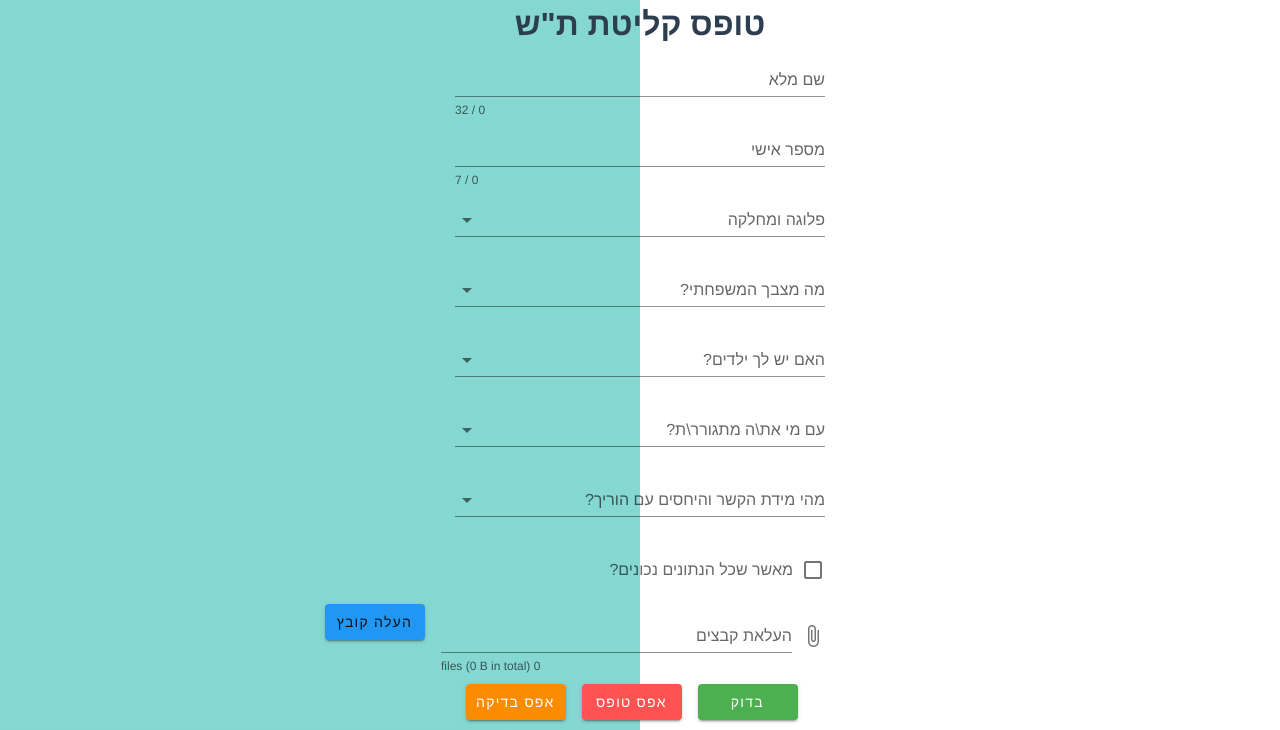
Repository: Natanhel/klitat-tash
Page: /
An editor plug-in stored every save of this project. The page is shown before and after a run of saves, followed by the edit.
The browser window is 1280 px wide. The pictures show the whole page.
The page's requests for data from a server got no answer. The project was rebuilt for these pictures with package versions that can differ from the ones it lists, and the page was loaded fresh each time. No one was signed in, and anything a server would have sent is missing. Also part of the build but not shown: vue.config.js.

Above is the page before, as saved 2020-12-01 18:09:54.

### src/App.vue
<template>
  <div id="app">
    <v-app>

      <h1>טופס קליטת ת"ש</h1>

      <v-form
        ref="form"
        v-model="valid"
        lazy-validation
      >
        <v-text-field
          v-model="name"
          :counter="32"
          :rules="nameRules"
          label="שם מלא"
          required
        ></v-text-field>

        <v-text-field
          v-model="pernr"
          :counter="7"
          :rules="pernrRules"
          label="מספר אישי"
          required
        ></v-text-field>

        <v-select
          v-model="select"
          :items="items"
          :rules="[v => !!v || 'נדרש להזין פלוגה ומחלקה']"
          label="פלוגה ומחלקה"
          required
        ></v-select>

        <v-select
          v-model="select"
          :items="familyItems"
          :rules="[v => !!v || 'נדרש להזין מצב משפחתי']"
          label="מה מצבך המשפחתי?"
          required
        ></v-select>

        <v-select
          v-model="select"
          :items="haveKidsItems"
          :rules="[v => !!v || 'נדרש להזין']"
          label="האם יש לך ילדים?"
          required
        ></v-select>

        <v-select
          v-model="select"
          :items="livingWithItems"
          :rules="[v => !!v || 'נדרש להזין']"
          label="עם מי את\ה מתגורר\ת?"
          required
        ></v-select>

        <v-select
          v-model="select"
          :items="parentsStatusItems"
          :rules="[v => !!v || 'נדרש להזין']"
          label="מהי מידת הקשר והיחסים עם הוריך?"
          required
        ></v-select>

        <v-checkbox
          v-model="checkbox"
          :rules="[v => !!v || 'עליך לאשר על מנת להמשיך!']"
          label="מאשר שכל הנתונים נכונים?"
          required
        ></v-checkbox>

      <div class="upload">

        <v-file-input v-model="files" show-size counter  chips label="העלאת קבצים"></v-file-input>

        <v-btn
          color="blue"
          class="mr-4"
          @click="uploadFile"
        >
          העלה קובץ
        </v-btn>
      </div>
      <div class="btn-group">
        <v-btn
          :disabled="!valid"
          color="success"
          class="mr-4"
          @click="validate"
        >
          בדוק
        </v-btn>

        <v-btn
          color="error"
          class="mr-4"
          @click="reset"
        >
          אפס טופס
        </v-btn>

        <v-btn
          color="warning"
          class="mr-4"
          @click="resetValidation"
        >
          אפס בדיקה
        </v-btn>
      </div>

      </v-form>
    </v-app>
  </div>
</template>

<script>
import axios from 'axios';

export default {
  name: 'App',
  mounted(){
    // login
    const data = JSON.stringify({"password":"passward","email":"natanhelp@gmail.com"});

    const config = {
      method: 'post',
      url: 'https://nat-task-manager.herokuapp.com/users/login',
      headers: {
        'Content-Type': 'application/json'
      },
      data : data
    };

    axios(config)
      .then((response) => {
        this.userToken = response.data.token
      })
      .catch((error) => {
        console.log(error);
      })
  },

  data: () => ({
    userToken: '',
    files: null,
    valid: true,
    name: '',
    nameRules: [
      v => !!v || 'נדרש להזין שם',
      v => !(v && v.length <= 4) || 'על השם להיות ארוך מ-4 תווים',
    ],
    pernr: '',
    pernrRules: [
      v => !!v || 'נדרש להזין מספר אישי',
      v => !(v.length !== 7) || 'על המספר להיות בדיוק 7 תווים'
    ],
    select: null,
    items: [
      'ו1',
      'ו2',
      'ו3',
      'ו4',
      'ו5',
    ],
    familyItems: [
      'רווק/ה',
      'נשוי/ה',
      'גרוש/ה'
    ],
    haveKidsItems: [
      'כן', 'לא'
    ],
    livingWithItems: [
      'מתוגרר/ת עם ההורים (אחד מהם לפחות)',
      'איני מתגורר/ת עם ההורים'
    ],
    parentsRelationsItems: [
      'בקשר עם שניהם ויחסים תקינים',
      'בקשר וביחסיפ תקינים (רק עם אחד מהם)',
      'בקשר עם שניהם/אחד מהם ומערכת יחסים רעועה',
      'לא בקשר בכלל'
    ],
    parentsStatusItems: [
      'נשואים',
      'גרושים',
      'פרודים',
      'אלמנ/ה',
      'רווק/ה'
    ],
    checkbox: false,
  }),
  methods: {
    validate () {
      this.$refs.form.validate()
    },
    reset () {
      this.$refs.form.reset()
    },
    resetValidation () {
      this.$refs.form.resetValidation()
    },
    async uploadFile() {
      var FormData = require('form-data');
      var data = new FormData();
      const buffer = await this.files.arrayBuffer()

      data.append('avatar', buffer)

      var config = {
        method: 'post',
        url: 'https://nat-task-manager.herokuapp.com/users/me/avatar',
        headers: {
          'Authorization': 'Bearer ' + this.userToken,
          ...data
        },
        data : data
      }

      axios(config)
      .then(function (response) {
        console.log(JSON.stringify(response.data));
      })
      .catch(function (error) {
        console.log(error);
      })
    }
  },
}
</script>

<style>
#app {
  font-family: Avenir, Helvetica, Arial, sans-serif;
  -webkit-font-smoothing: antialiased;
  -moz-osx-font-smoothing: grayscale;
  text-align: center;
  color: #2c3e50;
  margin-top: 60px;
}

form
{
  width: 370px;
}

#app
{
  padding: 0; margin: 0;
  display: flex;
  align-items: center;
  justify-content: center;
  background-color: transparent;
}

.v-btn
{
  width: 100px;
}

.btn-group{
  width: 100%;
  padding: 10px;
}

.upload
{
  display: flex;
  flex-direction: row;
  width: 500px;
}
html
{
  background: rgb(13,176,166);
background: linear-gradient(90deg, rgba(13,176,166,0.5) 50%, rgba(255,255,255,1) 50%  );
}
</style>

### src/plugins/vuetify.js
import Vue from 'vue';
import Vuetify from 'vuetify/lib';

Vue.use(Vuetify);

export default new Vuetify({
    rtl: true,
});

Loaded but not shown: public/index.html (common file); src/main.js (common file)

After the next 2 saves:
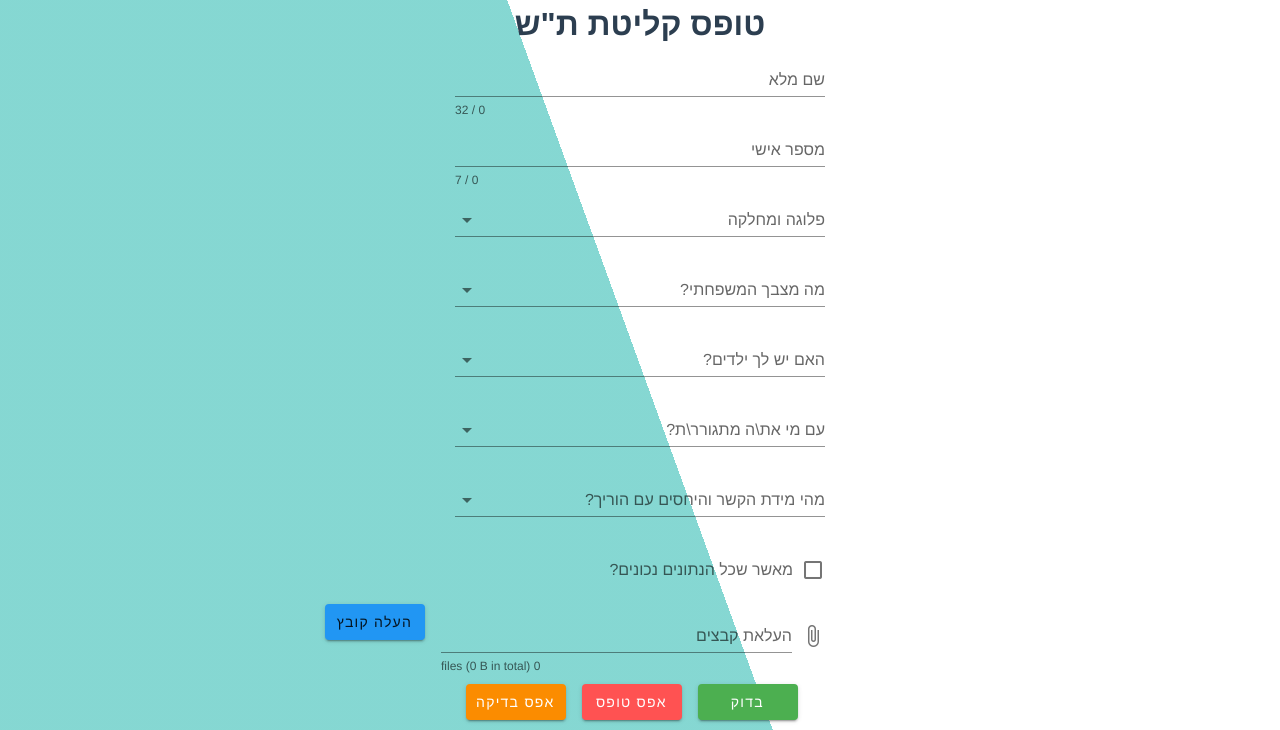
The 2 saves are shown as one change because they came seconds apart.
The last was saved 7 s later.
--- a/src/App.vue
+++ b/src/App.vue
@@ -274,6 +274,6 @@ form
 html
 {
   background: rgb(13,176,166);
-background: linear-gradient(90deg, rgba(13,176,166,0.5) 50%, rgba(255,255,255,1) 50%  );
+background: linear-gradient(70deg, rgba(13,176,166,0.5) 50%, rgba(255,255,255,1) 50%  );
 }
 </style>
